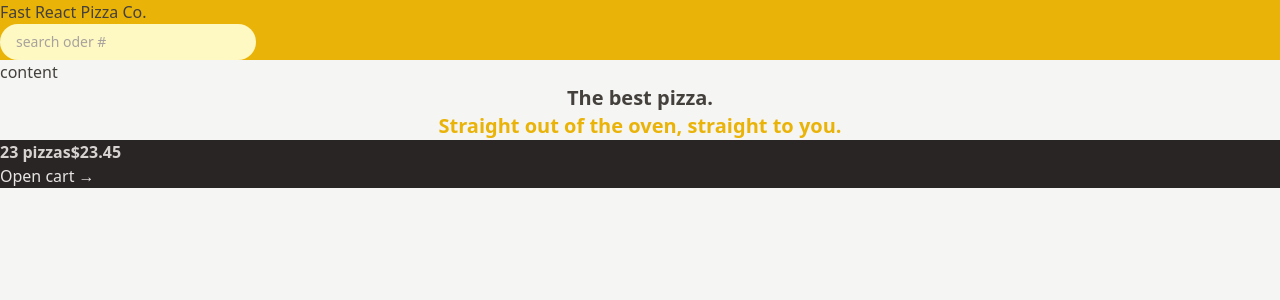
Repository: ayakhaled0001/pizza-delivery
Page: /
These files come from the project's save history. The page is drawn as it stood at one moment and after the next save; the edit follows.
The browser window is 1280 px wide. The pictures show the whole page.
The project was rebuilt for these pictures with package versions that can differ from the ones it lists, and the page was loaded fresh each time. Also part of the build but not shown: vite.config.js, src/services/apiRestaurant.jsx, src/utilities/helpers.jsx, src/features/menu/MenuItem.jsx, src/features/menu/Menu.jsx, src/features/cart/Cart.jsx, src/features/order/Order.jsx, src/ui/Loader.jsx and 1 more. Imported but missing from the stored project, and not drawn on this page: src/features/order/CreateOrder.

Above is the page before, as saved 2025-05-01 02:15:17.

### index.html
<!DOCTYPE html>
<html lang="en">
  <head>
    <meta charset="UTF-8" />
    <link rel="icon" type="image/svg+xml" href="/vite.svg" />
    <meta name="viewport" content="width=device-width, initial-scale=1.0" />
    <title>Vite + React</title>
  </head>
  <body class="bg-stone-100 text-stone-700">
    <div id="root"></div>
    <script type="module" src="/src/main.jsx"></script>
  </body>
</html>

### src/App.jsx
import { createBrowserRouter, RouterProvider } from "react-router-dom";
import Home from "./ui/Home";
import Menu, { loader as menuLoader } from "./features/menu/Menu";
import Cart from "./features/cart/Cart";
import CreateOrder, {
  action as CreateOrderAction,
} from "./features/order/CreateOrder";
import Order, { loader as orderLoader } from "./features/order/Order";
import AppLayout from "./ui/AppLayout";
import Error from "./ui/Error";
const router = createBrowserRouter([
  {
    element: <AppLayout />,
    children: [
      { path: "/", element: <Home /> },
      {
        path: "/menu",
        element: <Menu />,
        loader: menuLoader,
        errorElement: <Error />,
      },
      { path: "/cart", element: <Cart /> },
      {
        path: "/order/new",
        element: <CreateOrder />,
        action: CreateOrderAction,
      },
      {
        path: "/order/:orderId",
        element: <Order />,
        loader: orderLoader,
        errorElement: <Error />,
      },
    ],
  },
]);
function App() {
  return <RouterProvider router={router} />;
}

export default App;

### src/ui/Home.jsx
function Home() {
  return (
    <div>
      <h1 className="text-xl  font-semibold text-center">
        The best pizza.
        <br />
        <span className="text-yellow-500">
          Straight out of the oven, straight to you.
        </span>
      </h1>
    </div>
  );
}

export default Home;

### src/ui/AppLayout.jsx
import Header from "./Header";
import CartOverview from "../features/cart/CartOverview";
import { Outlet, useNavigation } from "react-router-dom";
import Loader from "./Loader";

function AppLayout() {
  const navigation = useNavigation();
  const isLoading = navigation.state === "loading";
  console.log(navigation.state);
  return (
    <div className="layout">
      {isLoading && <Loader />}
      <Header />
      <main>
        <p>content</p>
        <Outlet />
      </main>
      <CartOverview />
    </div>
  );
}

export default AppLayout;

### src/ui/Header.jsx
import { Link } from "react-router-dom";
import SearchOrder from "../features/order/SearchOrder.jsx";

function Header() {
  return (
    <header className="bg-yellow-500">
      <Link to="/">Fast React Pizza Co.</Link>
      <SearchOrder />
    </header>
  );
}

export default Header;

### src/features/cart/CartOverview.jsx
import { Link } from "react-router-dom";

function CartOverview() {
  return (
    <div className="bg-stone-800 text-stone-200">
      <p className="text-stone-300 font-semibold">
        <span>23 pizzas</span>
        <span>$23.45</span>
      </p>
      <Link to="/cart">Open cart &rarr;</Link>
    </div>
  );
}

export default CartOverview;

### src/features/order/SearchOrder.jsx
import { useState } from "react";
import { useNavigate } from "react-router-dom";

function SearchOrder() {
  const [query, setQuery] = useState("");
  const navigate = useNavigate();
  function handleSubmit(e) {
    e.preventDefault();
    if (!query) return;
    navigate(`/order/${query}`);
    setQuery("");
  }
  return (
    <form onSubmit={handleSubmit}>
      <input
        placeholder="search oder #"
        value={query}
        onChange={(e) => setQuery(e.target.value)}
        className="duration-300 sm:w-64 focus:outline-none focus:ring
         focus:ring-yellow-500 focus:ring-opacity-50  sm:focus:w-72 transition-all w-28
         bg-yellow-100 rounded-full px-4 py-2 text-sm placeholder:text-stone-400"
      />
    </form>
  );
}

export default SearchOrder;

Loaded but not shown: src/main.jsx (common file); src/index.css (common file); tailwind.config.js (common file)

After the next save:
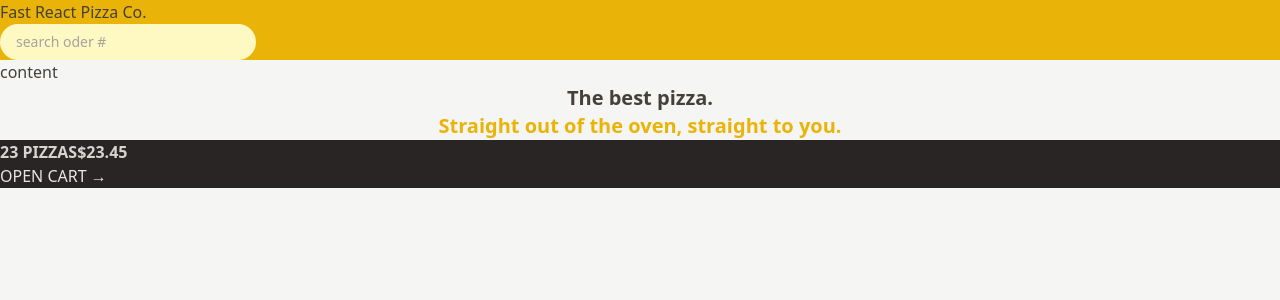
Saved 6 s later.
--- a/src/features/cart/CartOverview.jsx
+++ b/src/features/cart/CartOverview.jsx
@@ -2,7 +2,7 @@ import { Link } from "react-router-dom";
 
 function CartOverview() {
   return (
-    <div className="bg-stone-800 text-stone-200">
+    <div className="bg-stone-800 text-stone-200 uppercase">
       <p className="text-stone-300 font-semibold">
         <span>23 pizzas</span>
         <span>$23.45</span>
